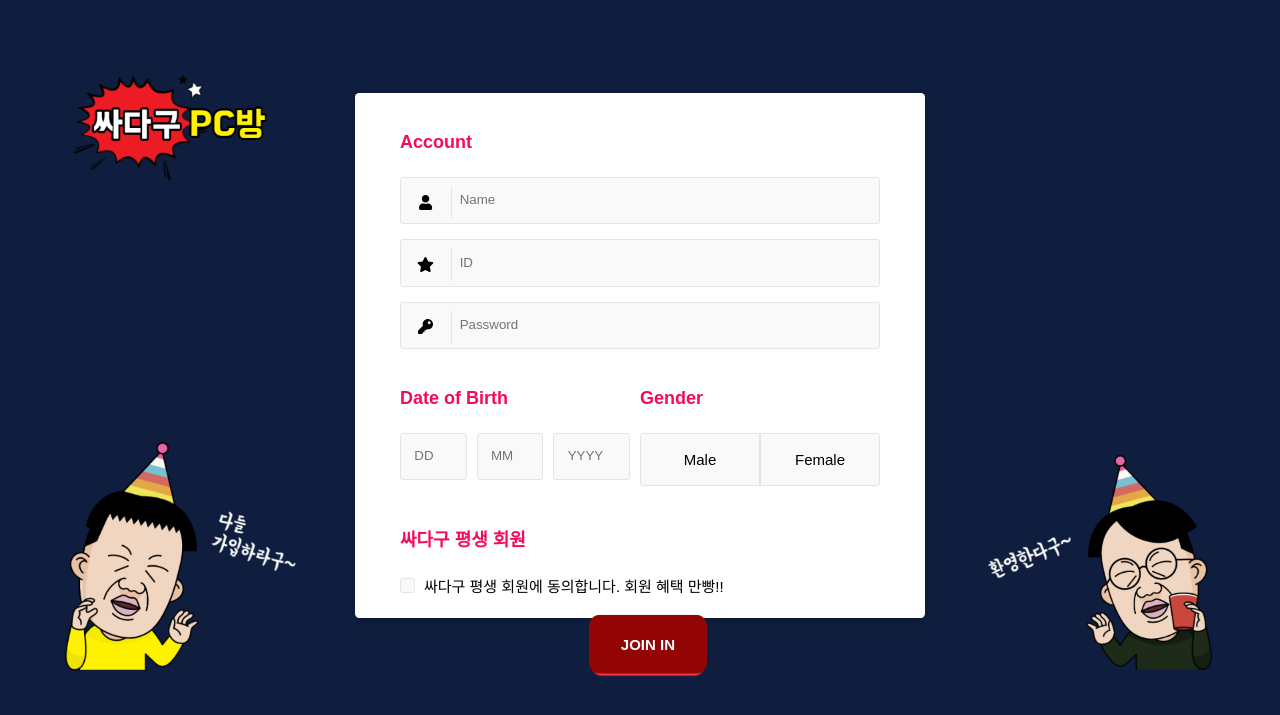
Repository: lkwoung/webProject-assignment
Page: http://localhost/CheapPC/login/join.jsp
The author's editor kept a copy of each file at every save. The page is drawn from the files as they stood at one save, then again after the next save.
The browser window is 1280 px wide. The pictures show the whole page.
The pointer rests on the first visible `button.learn-more`.
Some web fonts or font styles are not loaded; a fallback is used. Some web libraries are served in a nearby version. The page is served by Tomcat 9. Other server files are loaded and not shown.

Above is the page before, as saved 2020-12-17 09:04:44.

### CheapPC/WebContent/login/join.jsp
<%@ page language="java" contentType="text/html; charset=UTF-8"
	pageEncoding="UTF-8"%>
<!DOCTYPE html>
<html>
<head>
  <meta http-equiv="Content-Type" content="text/html; charset=UTF-8"/>
  <script src="https://use.fontawesome.com/releases/v5.2.0/js/all.js"></script>
  <title>cheap PC Join</title>
  <link rel="stylesheet" href="../css/join.css">
  <link href="https://fonts.googleapis.com/earlyaccess/hanna.css" rel="stylesheet" type="text/css" />
</head>
<body>
<div class="container">
  <form name=joinform style="font-family:'Hanna', sans-serif;" action="user_join">
    <div class="row">
      <h4>Account</h4>
      <div class="input-group input-group-icon">
        <input type="text" name="name" placeholder="Name" style="font-family:'Hanna', sans-serif;"/>
        <div class="input-icon"><i class="fa fa-user"></i></div>
      </div>
      <div class="input-group input-group-icon">
        <input type="text" name="id" placeholder="ID" style="font-family:'Hanna', sans-serif;"/>
        <div class="input-icon"><i class="fa fa-star"></i></div>
      </div>
      <div class="input-group input-group-icon">
        <input type="password" name="password" placeholder="Password" style="font-family:'Hanna', sans-serif;"/>
        <div class="input-icon"><i class="fa fa-key"></i></div>
      </div>
    </div>
    <div class="row">
      <div class="col-half">
        <h4>Date of Birth</h4>
        <div class="input-group">
          <div class="col-third">
            <input type="text" name="dd" placeholder="DD"/>
          </div>
          <div class="col-third">
            <input type="text" name="mm" placeholder="MM"/>
          </div>
          <div class="col-third">
            <input type="text" name="yyyy" placeholder="YYYY"/>
          </div>
        </div>
      </div>
      <div class="col-half">
        <h4>Gender</h4>
        <div class="input-group">
          <input type="radio" name="gender" value="male" id="gender-male"/>
          <label for="gender-male">Male</label>
          <input type="radio" name="gender" value="female" id="gender-female"/>
          <label for="gender-female">Female</label>
        </div>
      </div>
    </div>
    <div class="row">
      <h4>싸다구 평생 회원</h4>
      <div class="input-group">
        <input type="checkbox" name="contract" value="yes" id="terms" />
        <label for="terms" style="font-family:'Hanna', sans-serif;">싸다구 평생 회원에 동의합니다. 회원 혜택 만빵!!</label>
      </div>
    </div>
      <button type="submit" class="learn-more">Join in</button>
  </form>
  </div>

<script src="https://code.jquery.com/jquery-3.1.1.min.js"></script>
</body>

### CheapPC/WebContent/css/join.css
*,
*:before,
*:after {
  box-sizing: border-box;
}
body {
	background: url(image/join.png) no-repeat center center fixed;
	-webkit-background-size: cover;
	-moz-background-size: cover;
	-o-background-size: cover;
  background-size: cover;
  padding: 1em;
  font-family:'Hanna', sans-serif;
  font-size: 15px;
}
h4 {
  color: #f7095b;
  font-size:18px;
}
input,
input[type="radio"] + label,
input[type="checkbox"] + label:before,
select option,
select {
  width: 100%;
  padding: 1em;
  line-height: 1.4;
  background-color: #f9f9f9;
  border: 1px solid #e5e5e5;
  border-radius: 3px;
  -webkit-transition: 0.35s ease-in-out;
  -moz-transition: 0.35s ease-in-out;
  -o-transition: 0.35s ease-in-out;
  transition: 0.35s ease-in-out;
  transition: all 0.35s ease-in-out;
}
input:focus {
  outline: 0;
  border-color: #f7095b;
}
input:focus + .input-icon i {
  color: #f7095b;
}
input:focus + .input-icon:after {
  border-right-color: #f7095b;
}
input[type="radio"] {
  display: none;
}
input[type="radio"] + label,
select {
  display: inline-block;
  width: 50%;
  text-align: center;
  float: left;
  border-radius: 0;
}
input[type="radio"] + label:first-of-type {
  border-top-left-radius: 3px;
  border-bottom-left-radius: 3px;
}
input[type="radio"] + label:last-of-type {
  border-top-right-radius: 3px;
  border-bottom-right-radius: 3px;
}
input[type="radio"] + label i {
  padding-right: 0.4em;
}
input[type="radio"]:checked + label,
input:checked + label:before,
select:focus,
select:active {
  background-color: #f7095b;
  color: #fff;
  border-color: #d90952;
}
input[type="checkbox"] {
  display: none;
}
input[type="checkbox"] + label {
  position: relative;
  display: block;
  padding-left: 1.6em;
}
input[type="checkbox"] + label:before {
  position: absolute;
  top: 0.2em;
  left: 0;
  display: block;
  width: 1em;
  height: 1em;
  padding: 0;
  content: "";
}
input[type="checkbox"] + label:after {
  position: absolute;
  top: 0.45em;
  left: 0.2em;
  font-size: 0.8em;
  color: #fff;
  opacity: 0;
  font-family:'Hanna', sans-serif;
  content: "\f00c";
}
input:checked + label:after {
  opacity: 1;
}
select {
  height: 3.4em;
  line-height: 2;
}
select:first-of-type {
  border-top-left-radius: 3px;
  border-bottom-left-radius: 3px;
}
select:last-of-type {
  border-top-right-radius: 3px;
  border-bottom-right-radius: 3px;
}
select:focus,
select:active {
  outline: 0;
}
select option {
  background-color: #f7095b;
  color: #fff;
}
.input-group {
  margin-bottom: 1em;
  zoom: 1;
}
.input-group:before,
.input-group:after {
  content: "";
  display: table;
}
.input-group:after {
  clear: both;
}
.input-group-icon {
  position: relative;
}
.input-group-icon input {
  padding-left: 4.4em;
}
.input-group-icon .input-icon {
  position: absolute;
  top: 0;
  left: 0;
  width: 3.4em;
  height: 3.4em;
  line-height: 3.4em;
  text-align: center;
  pointer-events: none;
}
.input-group-icon .input-icon:after {
  position: absolute;
  top: 0.6em;
  bottom: 0.6em;
  left: 3.4em;
  display: block;
  border-right: 1px solid #e5e5e5;
  content: "";
  -webkit-transition: 0.35s ease-in-out;
  -moz-transition: 0.35s ease-in-out;
  -o-transition: 0.35s ease-in-out;
  transition: 0.35s ease-in-out;
  transition: all 0.35s ease-in-out;
}
.input-group-icon .input-icon i {
  -webkit-transition: 0.35s ease-in-out;
  -moz-transition: 0.35s ease-in-out;
  -o-transition: 0.35s ease-in-out;
  transition: 0.35s ease-in-out;
  transition: all 0.35s ease-in-out;
}
.container {
  max-height:35em;
  max-width: 38em;
  padding: 1em 3em 2em 3em;
  margin: 0em auto;
  margin-top: 70px;
  background-color: #fff;
  border-radius: 4.2px;
  box-shadow: 0px 3px 10px -2px rgba(0, 0, 0, 0.2);
}
.row {
  zoom: 1;
}
.row:before,
.row:after {
  content: "";
  display: table;
}
.row:after {
  clear: both;
}
.col-half {
  padding-right: 10px;
  float: left;
  width: 50%;
}
.col-half:last-of-type {
  padding-right: 0;
}
.col-third {
  padding-right: 10px;
  float: left;
  width: 33.33333333%;
}
.col-third:last-of-type {
  padding-right: 0;
}
@media only screen and (max-width: 540px) {
  .col-half {
    width: 100%;
    padding-right: 0;
  }
}
button {
  position: fixed;
  display: inline-block;
  cursor: pointer;
  outline: none;
  border: 0;
  vertical-align: middle;
  text-decoration: none;
  font-size: inherit;
}
button.learn-more {
  bottom:7%;
  left:46%;
  text-align: center;
  font-weight: 600;
  color: #fff;
  text-transform: uppercase;
  padding: 1.25em 2em;
  background: #F93738;
  border: 2px solid #930405;
  border-radius: 0.75em;
  -webkit-transform-style: preserve-3d;
          transform-style: preserve-3d;
  -webkit-transition: background 150ms cubic-bezier(0, 0, 0.58, 1), -webkit-transform 150ms cubic-bezier(0, 0, 0.58, 1);
  transition: background 150ms cubic-bezier(0, 0, 0.58, 1), -webkit-transform 150ms cubic-bezier(0, 0, 0.58, 1);
  transition: transform 150ms cubic-bezier(0, 0, 0.58, 1), background 150ms cubic-bezier(0, 0, 0.58, 1);
  transition: transform 150ms cubic-bezier(0, 0, 0.58, 1), background 150ms cubic-bezier(0, 0, 0.58, 1), -webkit-transform 150ms cubic-bezier(0, 0, 0.58, 1);
}
button.learn-more::before {
  position: absolute;
  content: '';
  width: 100%;
  height: 80%;
  top: 0;
  left: 0;
  right: 0;
  bottom: 0;
  background: #F93738;
  border-radius: inherit;
  box-shadow: 0 0 0 2px #F93738, 0 0.625em 0 0 #F93738;
  -webkit-transform: translate3d(0, 0.75em, -1em);
          transform: translate3d(0, 0.75em, -1em);
  -webkit-transition: box-shadow 150ms cubic-bezier(0, 0, 0.58, 1), -webkit-transform 150ms cubic-bezier(0, 0, 0.58, 1);
  transition: box-shadow 150ms cubic-bezier(0, 0, 0.58, 1), -webkit-transform 150ms cubic-bezier(0, 0, 0.58, 1);
  transition: transform 150ms cubic-bezier(0, 0, 0.58, 1), box-shadow 150ms cubic-bezier(0, 0, 0.58, 1);
  transition: transform 150ms cubic-bezier(0, 0, 0.58, 1), box-shadow 150ms cubic-bezier(0, 0, 0.58, 1), -webkit-transform 150ms cubic-bezier(0, 0, 0.58, 1);
}
button.learn-more:hover {
  background: #930405;
  -webkit-transform: translate(0, 0.25em);
          transform: translate(0, 0.25em);
}
button.learn-more:hover::before {
  box-shadow: 0 0 0 2px #F93738, 0 0.5em 0 0 #F93738;
  -webkit-transform: translate3d(0, 0.5em, -1em);
          transform: translate3d(0, 0.5em, -1em);
}
button.learn-more:active {
  background: #F93738;
  -webkit-transform: translate(0em, 0.75em);
          transform: translate(0em, 0.75em);
}
button.learn-more:active::before {
  box-shadow: 0 0 0 2px #930405, 0 0 #930405;
  -webkit-transform: translate3d(0, 0, -1em);
          transform: translate3d(0, 0, -1em);

After the next save:
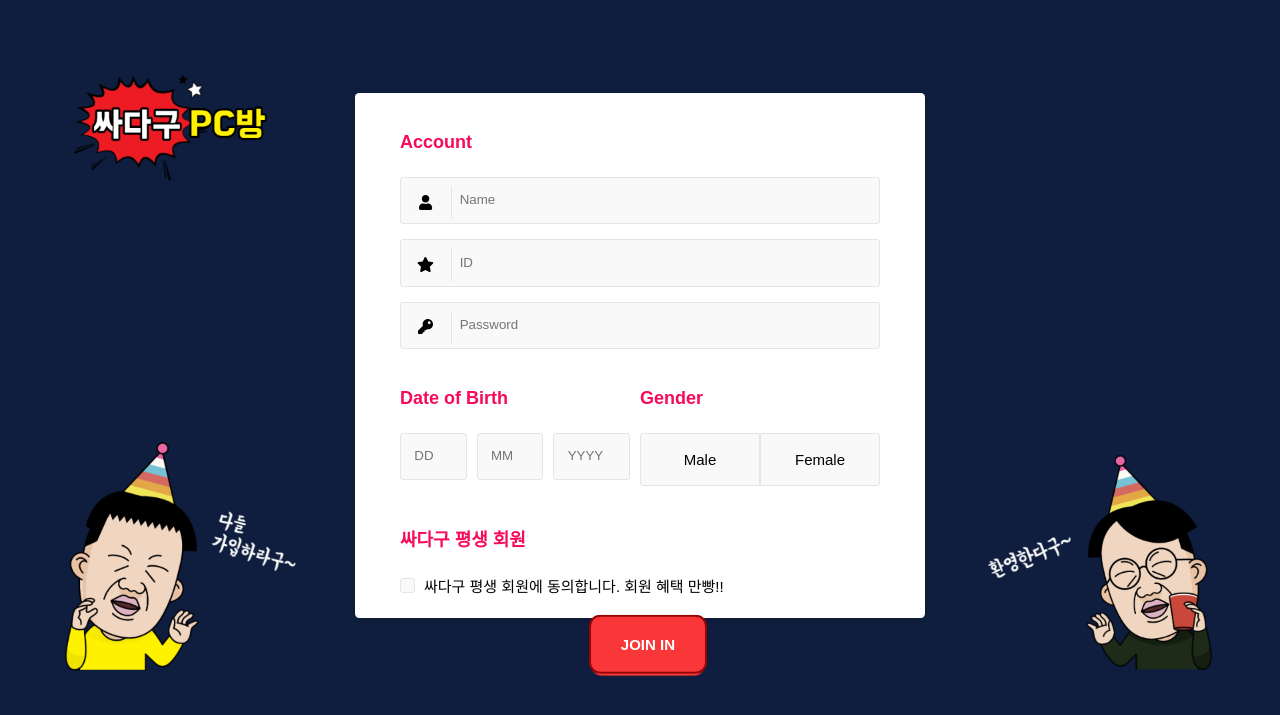
Saved 8 s later.
--- a/CheapPC/WebContent/css/join.css
+++ b/CheapPC/WebContent/css/join.css
@@ -265,7 +265,7 @@ button.learn-more::before {
   transition: transform 150ms cubic-bezier(0, 0, 0.58, 1), box-shadow 150ms cubic-bezier(0, 0, 0.58, 1), -webkit-transform 150ms cubic-bezier(0, 0, 0.58, 1);
 }
 button.learn-more:hover {
-  background: #930405;
+  background: #F93738;
   -webkit-transform: translate(0, 0.25em);
           transform: translate(0, 0.25em);
 }
